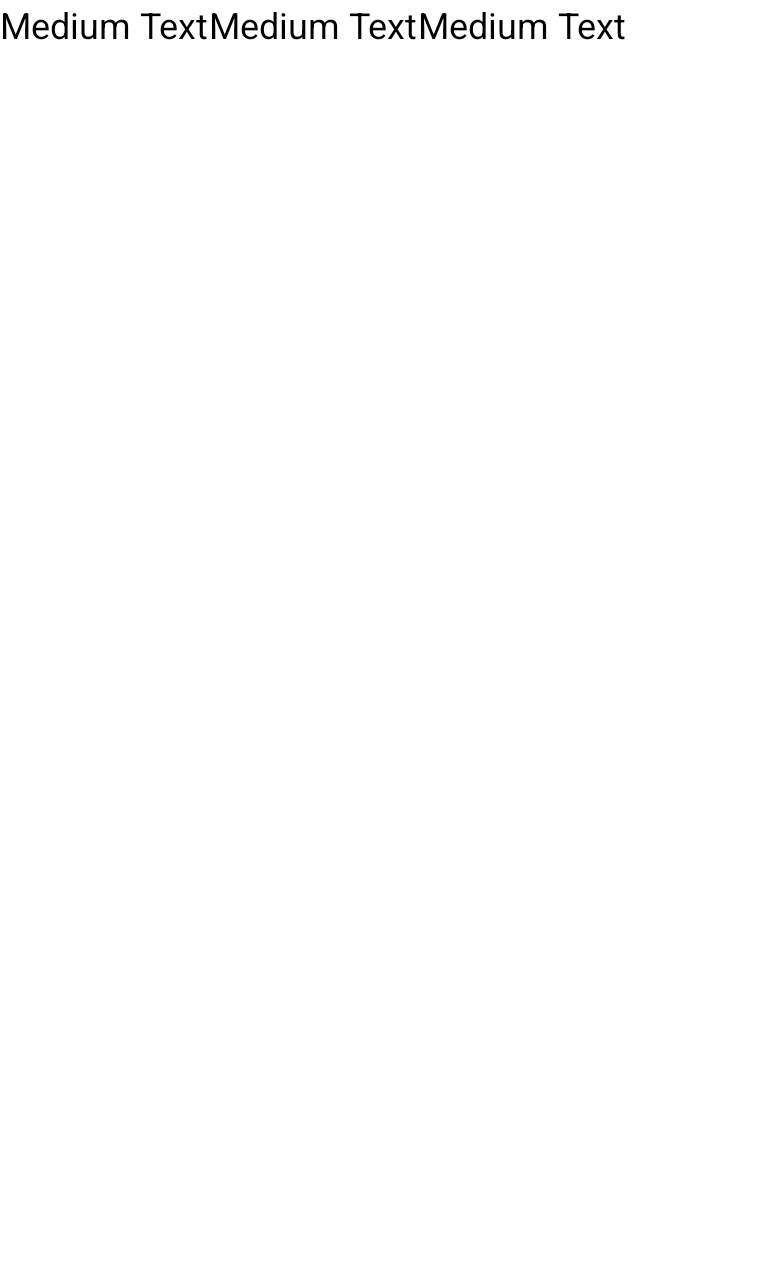
Repository: qq839924354/day01
Layout: day03/code/note/res/layout/list_item.xml
An editor plug-in stored every save of this project. The layout is shown before and after the next save, followed by the edit.
It is drawn on a 768 x 1280 px phone screen (xhdpi) without system bars, with theme AppTheme; the app's code is not run.

Above is the layout before, as saved 2013-03-03 03:33:31.

After the next save:
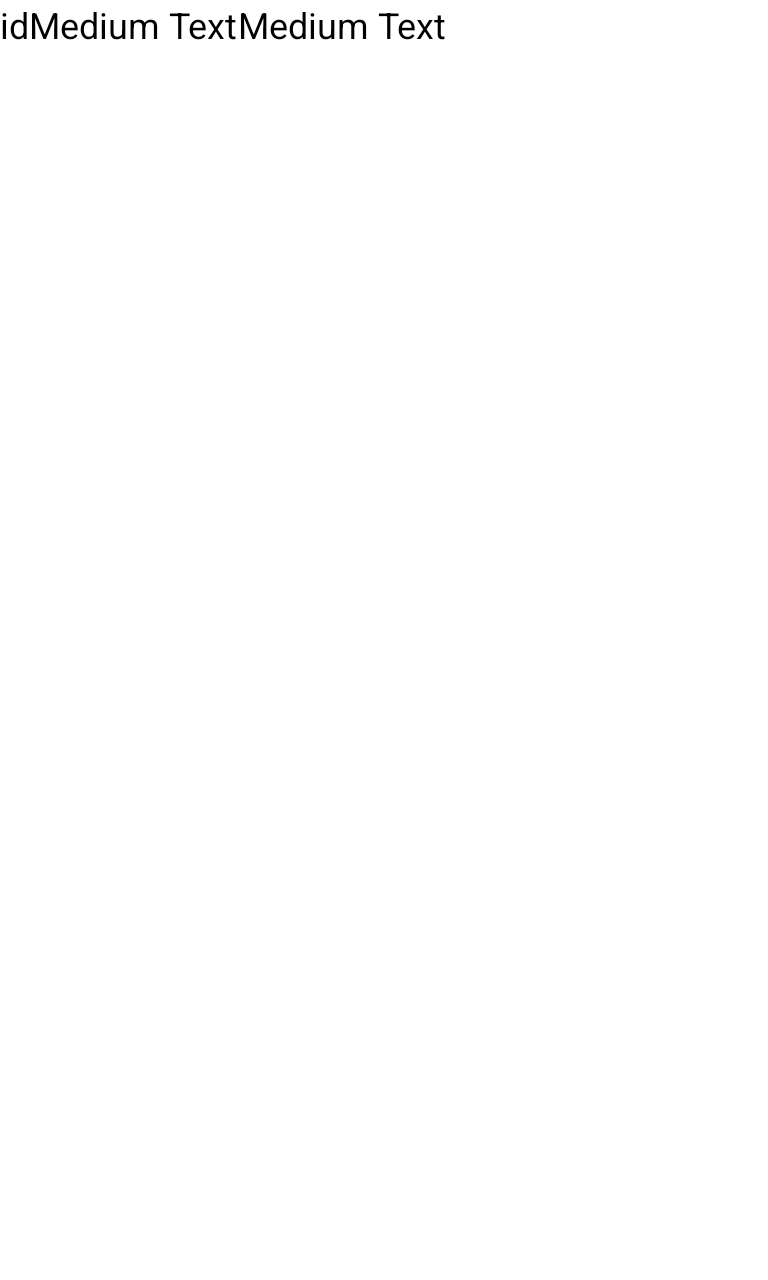
Saved 4 s later.
--- a/day03/code/note/res/layout/list_item.xml
+++ b/day03/code/note/res/layout/list_item.xml
@@ -8,7 +8,7 @@
         android:id="@+id/tv_id"
         android:layout_width="wrap_content"
         android:layout_height="wrap_content"
-        android:text="Medium Text"
+        android:text="id"
         android:textAppearance="?android:attr/textAppearanceMedium" />
 
     <TextView
